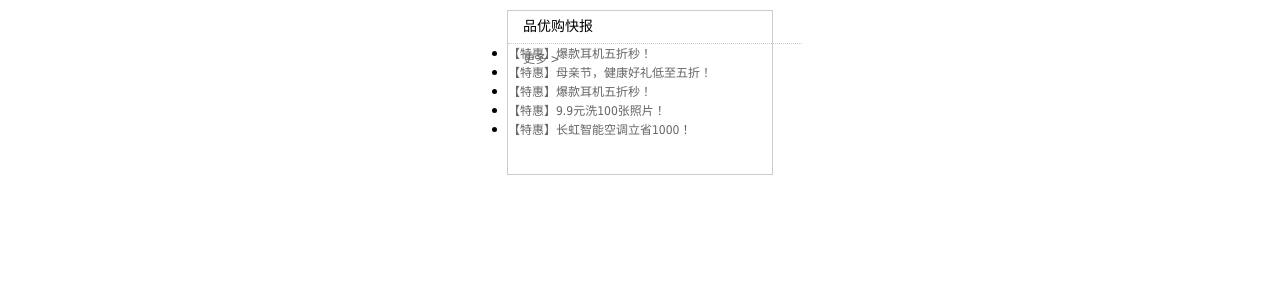
Repository: zhengdeya/web-based
Page: 32-品优购快报/index.html
These files come from the project's save history. The page is drawn as it stood at one moment and after the next save; the edit follows.
The browser window is 1280 px wide. The pictures show the whole page.

Above is the page before, as saved 2021-04-11 14:33:08.

After the next save:
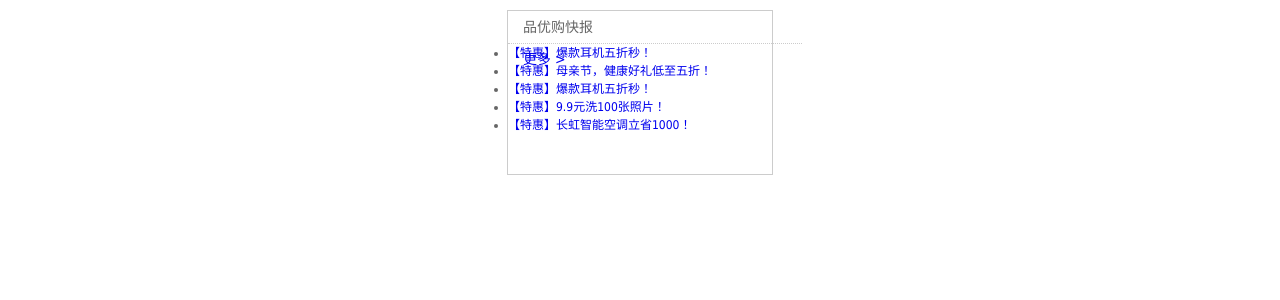
Saved 41 s later.
--- a/32-品优购快报/style.css
+++ b/32-品优购快报/style.css
@@ -8,12 +8,13 @@
     width: 264px;
     height: 163px;
     border: 1px solid #ccc;
+    font: 12px/1.5 'Microsoft YaHei', 'Heiti SC', tahoma, arial, 'Hiragino Sans GB', \\5B8B\4F53, sans-serif;
+    color: #666;
 }
 
 .kuaibao a {
     text-decoration: none;
-    font: 12px/1.5 'Microsoft YaHei', 'Heiti SC', tahoma, arial, 'Hiragino Sans GB', \\5B8B\4F53, sans-serif;
-    color: #666;
+
 }
 
 .kuaibao .title {
